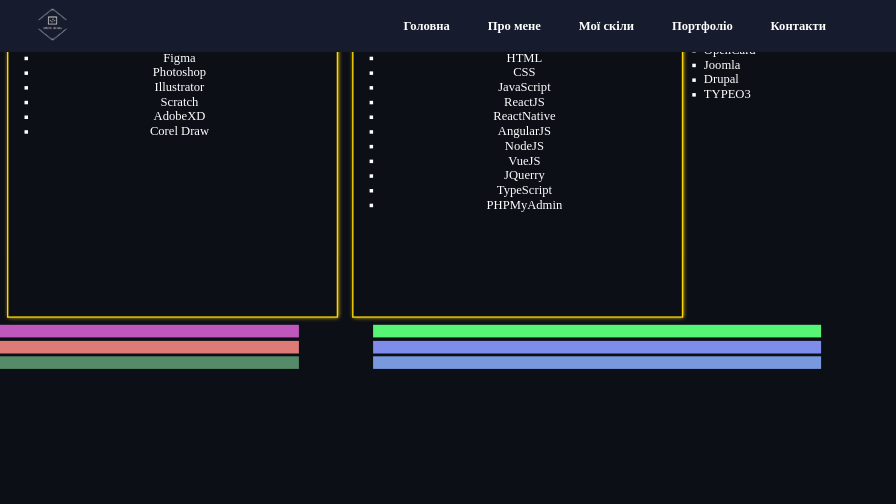
Repository: qtqqrdy13/cv-2
Page: index.html
An editor plug-in stored every save of this project. The page is shown before and after the next save, followed by the edit.
The browser window is 1280 px wide. The pictures show the whole page, at 70% of full size.

Above is the page before, as saved 2023-10-09 11:06:55.

After the next save:
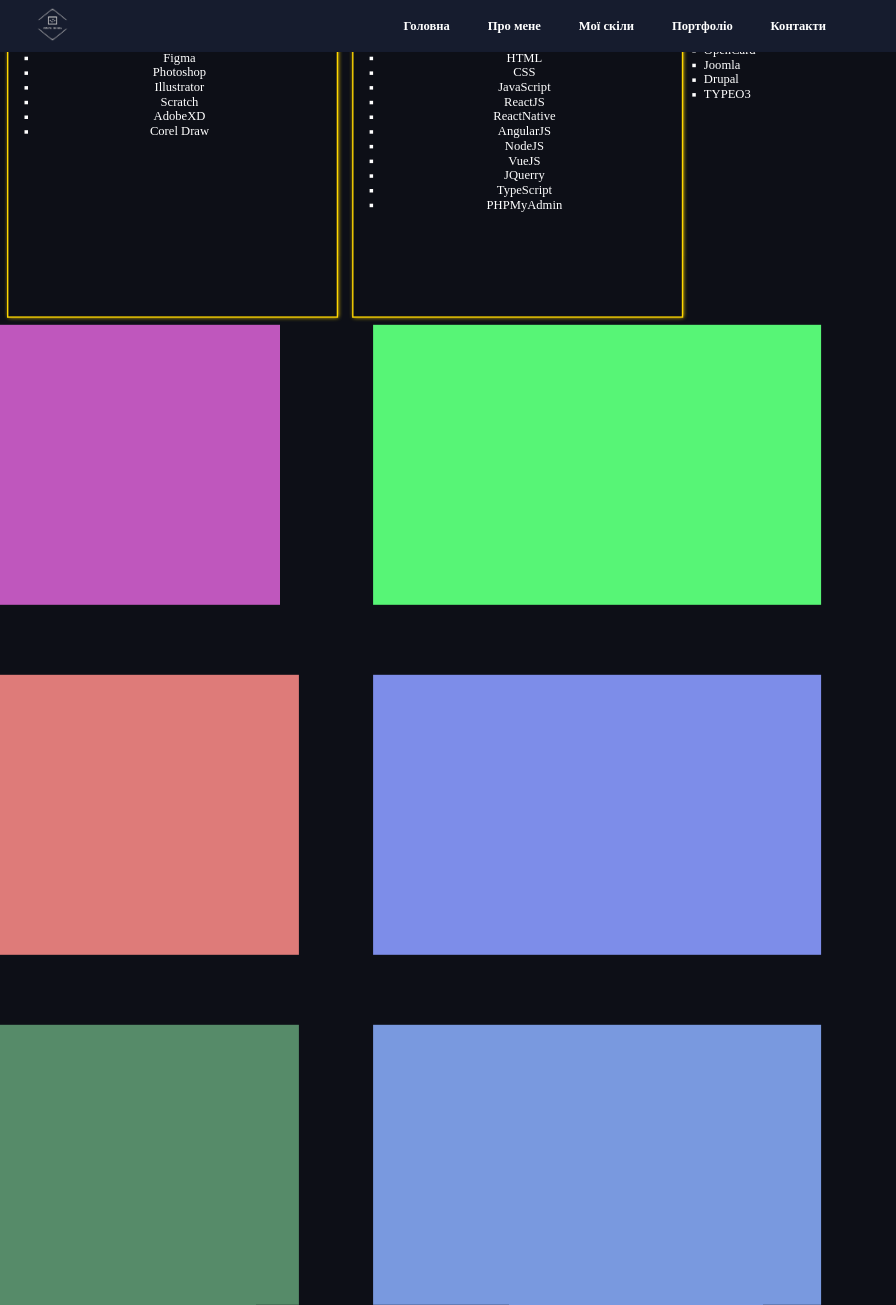
Saved 27 s later.
--- a/main.css
+++ b/main.css
@@ -328,6 +328,8 @@ h2:hover{
 
     grid-row-end: 5;
     grid-column-end: 5;
+    width: 400px;
+    height: 400px;
 
  }
  #item-1 {
